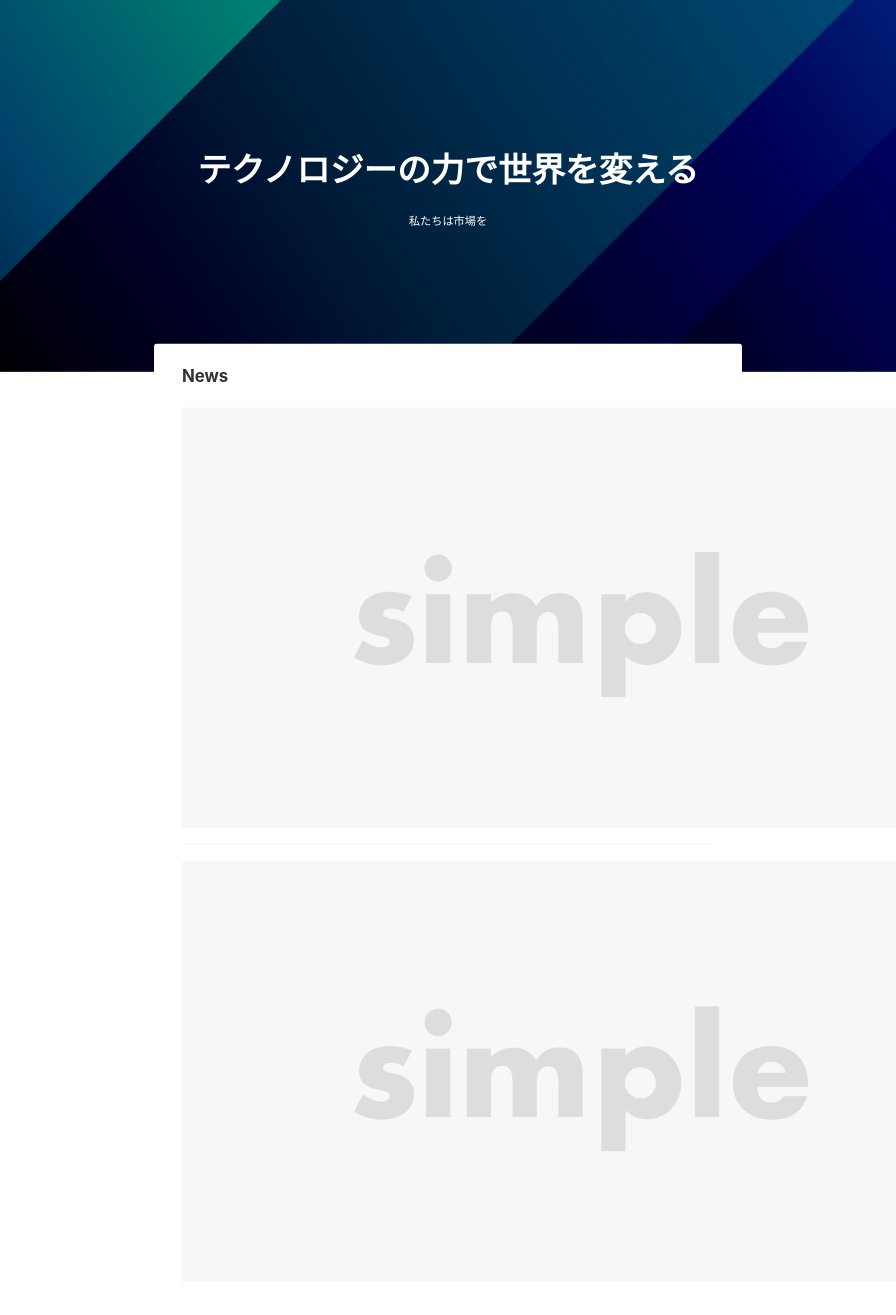
Repository: sk-style/my-next-project
Page: /
The author's editor kept a copy of each file at every save. The page is drawn from the files as they stood at one save, then again after a run of saves.
The browser window is 1280 px wide. The pictures show the whole page, at 70% of full size.
The project was rebuilt for these pictures with package versions that can differ from the ones it lists, and the page was loaded fresh each time. The framework's server and built-in components were replaced by stand-ins that run in the browser. Also part of the build but not shown: next.config.ts.

Above is the page before, as saved 2025-10-27 14:37:47.

### app/page.tsx
import styles from "./page.module.css";
import Image from "next/image";

type News = {
  id: string;
  title: string;
  category: {
    name: string;
  };
  publishedAt: string;
  createdAt: string;
};

const data: {
  contents: News[];
} = {
  contents: [
    {
      id: "1",
      title: "渋谷オフィスを移転しました",
      category: { name: "更新情報" },
      publishedAt: "2023/05/19",
      createdAt: "2023/05/19",
    },
    {
      id: "2",
      title: "当社CEOが業界リーダーTOP3に選ばれました",
      category: { name: "更新情報" },
      publishedAt: "2023/05/19",
      createdAt: "2023/05/19",
    },
    {
      id: "3",
      title: "テスト記事です",
      category: { name: "更新情報" },
      publishedAt: "2023/05/19",
      createdAt: "2023/05/19",
    },
  ],
};

export default function Home() {
  const sliceData = data.contents.slice(0, 2);
  return (
    <>
      <section className={styles.top}>
        <div>
          <h1 className={styles.title}>テクノロジーの力で世界を変える</h1>
          <p className={styles.description}>私たちは市場を</p>
        </div>
        <Image
          className={styles.bgimg}
          src="/img-mv.jpg"
          alt=""
          width={4000}
          height={1200}
        />
      </section>
      <section className={styles.news}>
        <h2 className={styles.newsTitle}>News</h2>
        <ul>
          {sliceData.map((article) => (
            <li key={article.id} className={styles.list}>
              <div className={styles.link}>
                <Image
                  className={styles.image}
                  src="/no-image.png"
                  alt="No Image"
                  width={1200}
                  height={600}
                />
                <dl className={styles.content}>
                  <dt className={styles.newsItemTitle}>{article.title}</dt>
                  <dd className={styles.meta}>
                    <span className={styles.tag}>{article.category.name}</span>
                    <span className={styles.date}>
                      <Image
                        src="/clock.svg"
                        alt=""
                        width={16}
                        height={16}
                        priority
                      />
                      {article.publishedAt}
                    </span>
                  </dd>
                </dl>
              </div>
            </li>
          ))}
        </ul>
      </section>
    </>
  );
}

### app/globals.css
:root {
    --font-mono: ui-monospace, Menlo, Monaco, 'Cascadia Mono', 'Segoe UI Mono',
    'Roboto Mono', 'Oxygen Mono', 'Ubuntu Monospace', 'Source Code Pro',
    'Fira Mono', 'Droid Sans Mono', 'Courier New', monospace;
    --color-text-main: #333;
    --color-text-sub: #999;
    --color-text-unpainted: #fff;
    --color-text-error: #f33;
    --color-bg-main: #fff;
    --color-bg-sub: #f3f3f3;
    --color-bg-code: #fafafa;
    --color-bg-painted: #333;
    --color-border-dark: #333;
    --color-border: #ddd;
    --color-border-light: #f3f3f3;
    --color-current: #eee;
    --color-button-primary: #333;
    --border-radius: 4px;
}

* {
    box-sizing: border-box;
    padding: 0;
    margin: 0;
}

html,
body {
    max-width: 100vw;
    overflow-x: hidden;
}

body {
    font-family: -apple-system, BlinkMacSystemFont, 'Helvetica Neue', YuGothic,
    'ヒラギノ角ゴ ProN W3', Hiragino Kaku Gothic ProN, Arial, 'メイリオ', Meiryo,
    sans-serif;
    color: var(--color-text-main);
    line-height: 1.8;
}

code {
    font-family: menlo, inconsolata, monospace;
}

a {
    color: inherit;
    text-decoration: none;
}

ol,
ul {
    list-style: none;
}

### app/page.module.css
.top {
  position: relative;
  display: flex;
  align-items: center;
  justify-content: center;
  background-color: rgba(0, 0, 0, 0.5);
  color: #fff;
  overflow: hidden;
  padding: 200px 0;
}

.title {
  font-size: 3rem;
  font-weight: bold;
  text-align: center;
  margin-bottom: 1rem;
}

.description {
  text-align: center;
}

.bgimg {
  position: absolute;
  top: 0;
  right: 0;
  width: 100%;
  height: 600px;
  object-fit: cover;
  object-position: right;
  display: flex;
  align-items: center;
  justify-content: center;
  z-index: -1;
}

.news {
  position: relative;
  background-color: #fff;
  width: 840px;
  margin: -40px auto 0;
  padding: 24px 40px;
  border-radius: var(--border-radius);
}

.newsTitle {
  font-size: 1.5rem;
}

.list {
  border-bottom: 1px solid var(--color-border-light);
}

.list:last-child {
  border-bottom: none;
}

.link {
  display: flex;
  align-items: flex-start;
  gap: 40px;
  padding: 24px 0;
}

.newsLink {
  position: absolute;
  right: -40px;
  bottom: -40px;
}

@media (max-width: 640px) {
  .top {
    padding: 120px 16px;
  }
  .title {
    font-size: 2rem;
    text-align: left;
  }

  .description {
    text-align: center;
    font-size: 0.9rem;
    text-align: left;
  }

  .bgimg {
    position: absolute;
    top: 0;
    right: 0;
    width: auto;
    height: 600px;
    object-fit: cover;
    display: flex;
    align-items: center;
    justify-content: center;
    z-index: -1;
  }

  .news {
    width: calc(100% - 32px);
    padding: 16px 24px;
  }
}

Loaded but not shown: app/layout.tsx (common file)

After the next 8 saves:
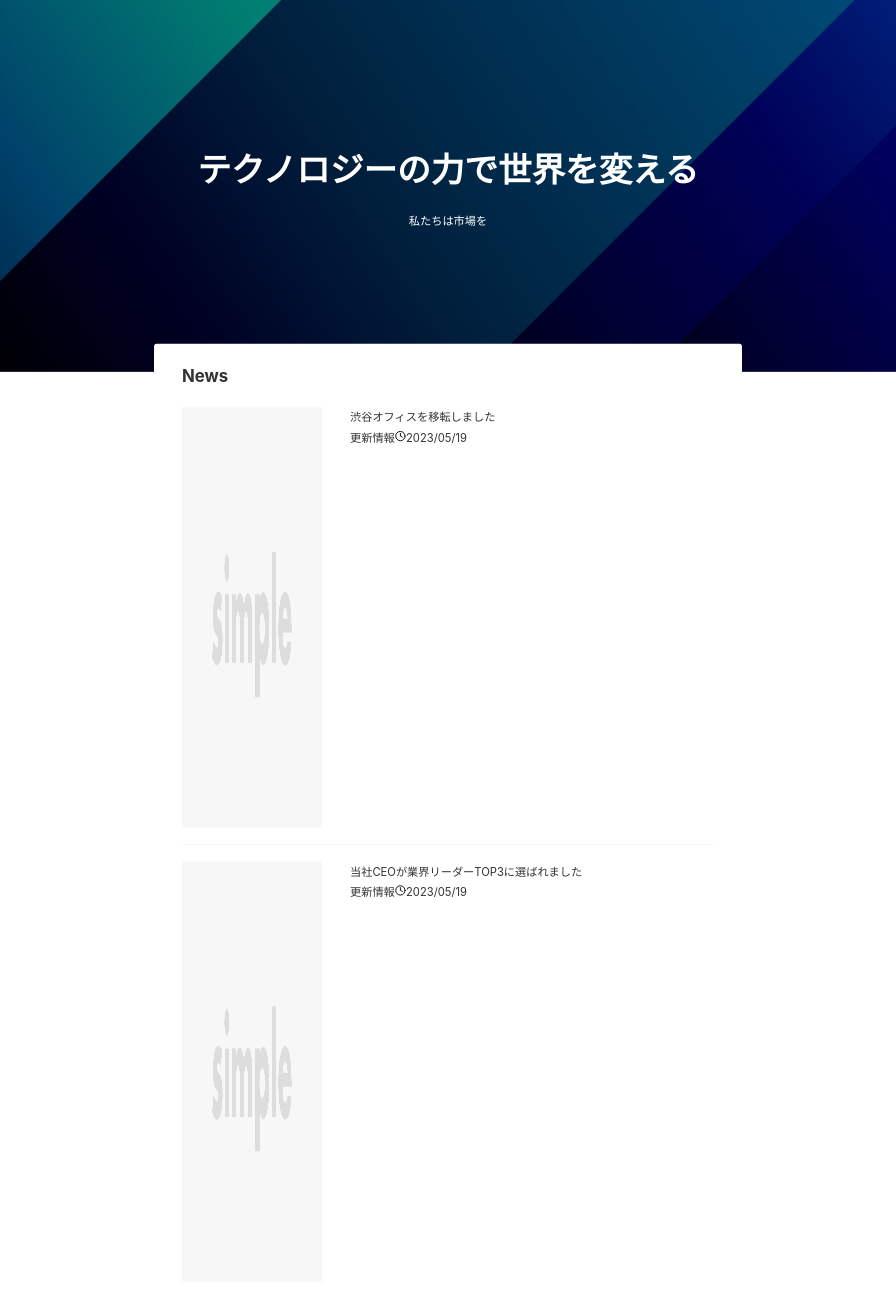
The 8 saves are shown as one change because they came seconds apart.
The last was saved 24 s later.
--- a/app/page.module.css
+++ b/app/page.module.css
@@ -62,6 +62,12 @@
   padding: 24px 0;
 }
 
+.image {
+  width: 200px;
+  hei: auto;
+
+}
+
 .newsLink {
   position: absolute;
   right: -40px;
